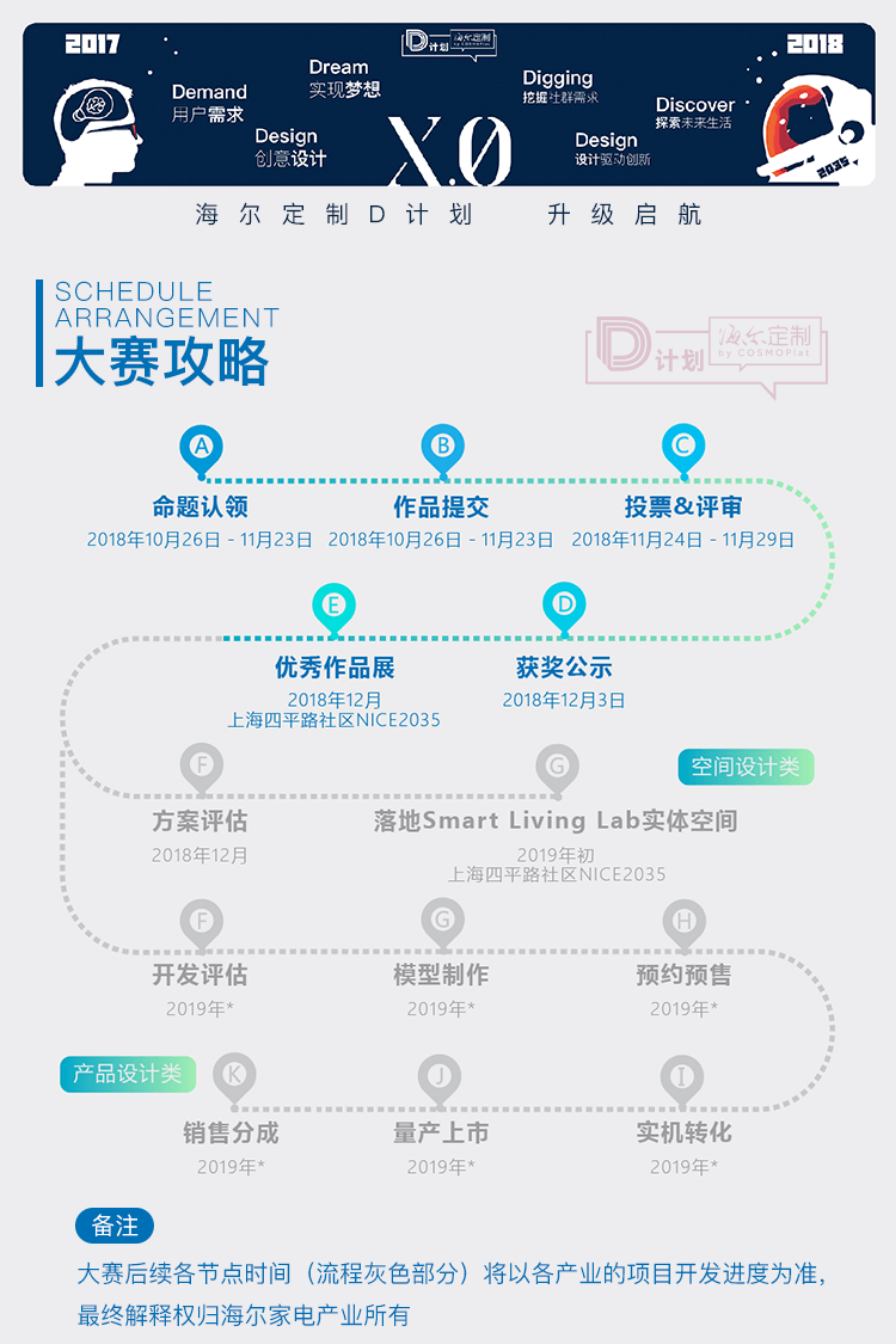
Repository: wangbiaozy/11.16
Page: details.html
An editor plug-in stored every save of this project. The page is shown before and after the next save, followed by the edit.
The browser window is 1280 px wide. The pictures show the part of the page from y = 0 to 1920 px (the page is 7223 px tall before and 720 px after), at 70% of full size.

Above is the page before, as saved 2018-11-17 19:18:10.

After the next save:
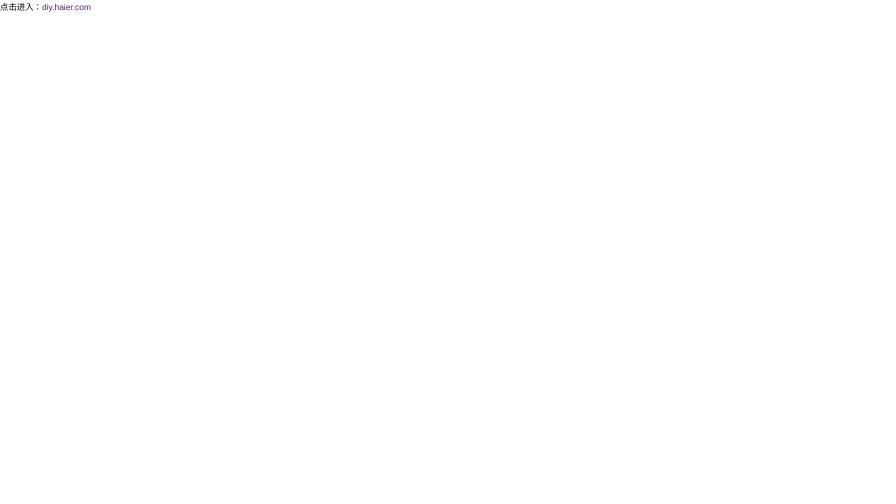
Saved 2 min 23 s later.
--- a/details.html
+++ b/details.html
@@ -7,8 +7,8 @@
     <meta http-equiv="X-UA-Compatible" content="ie=edge">
     <title>Document</title>
     <link rel="stylesheet" href="css/reset.min.css">
-    <link rel="stylesheet/less" href="css/details.less">
-    <script src="js/less-1.7.0.min.js"></script>
+    <link rel="stylesheet/less" href="css/details.css">
+    <!-- <script src="js/less-1.7.0.min.js"></script> -->
 </head>
 <body>
     <section>

After the save that followed:
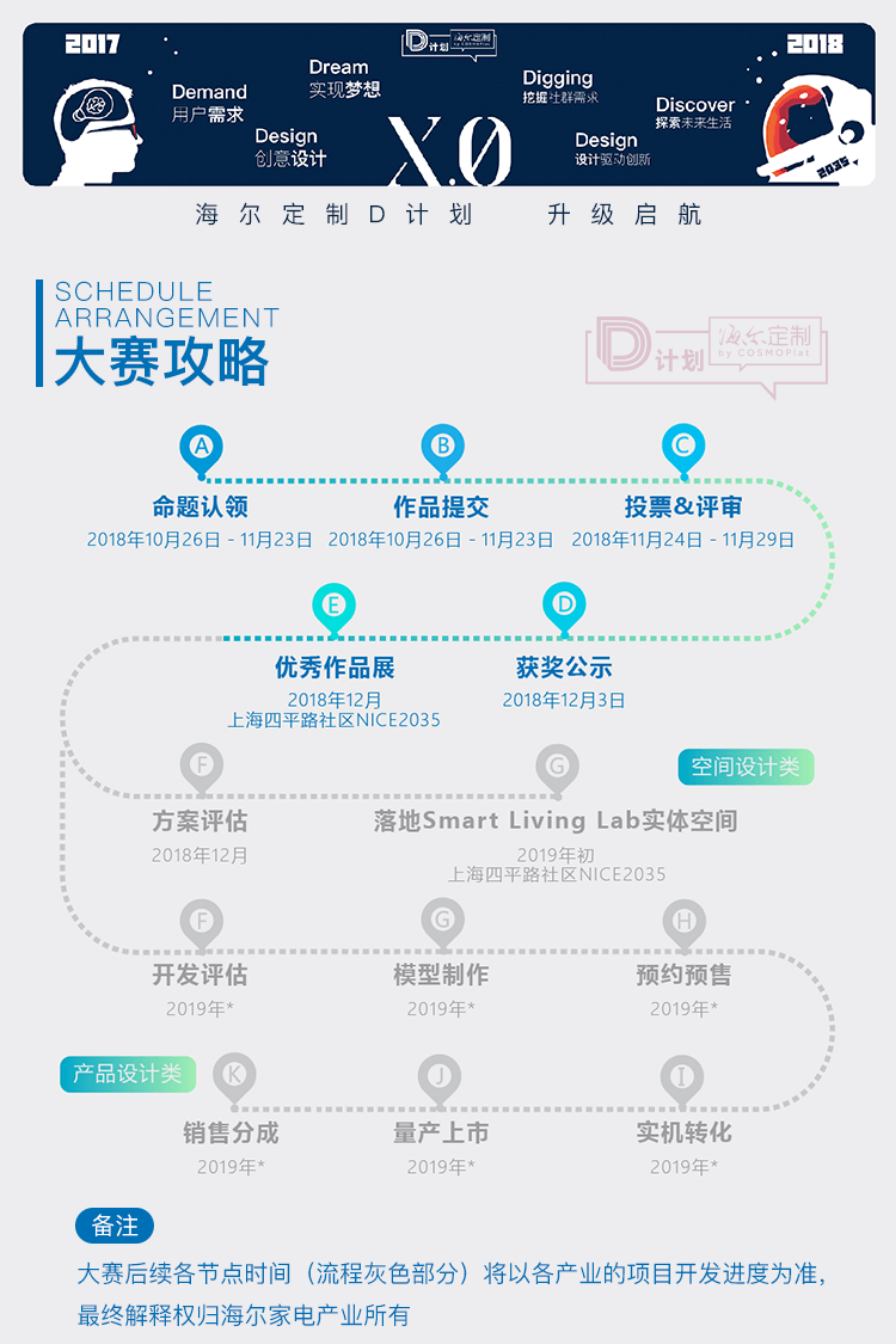
Saved 22 s later.
--- a/details.html
+++ b/details.html
@@ -7,7 +7,7 @@
     <meta http-equiv="X-UA-Compatible" content="ie=edge">
     <title>Document</title>
     <link rel="stylesheet" href="css/reset.min.css">
-    <link rel="stylesheet/less" href="css/details.css">
+    <link rel="stylesheet" href="css/details.css">
     <!-- <script src="js/less-1.7.0.min.js"></script> -->
 </head>
 <body>
